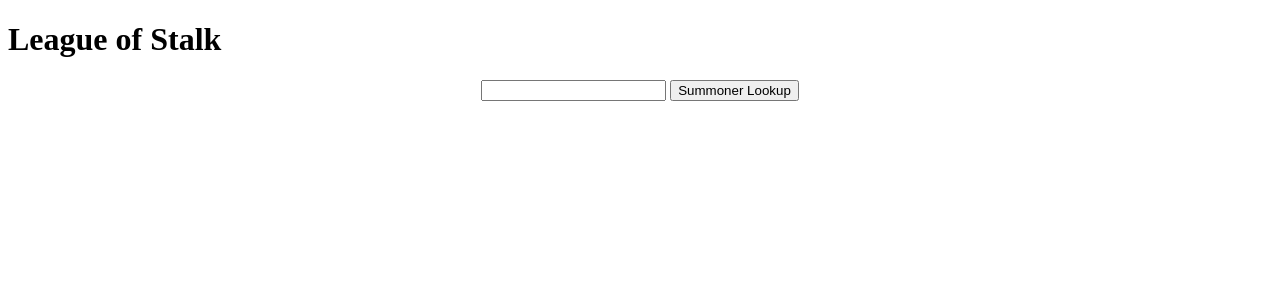
Repository: Dreifingerjpey/TestLos
Page: http://localhost/LeagueOfStalk/
The author's editor kept a copy of each file at every save. The page is drawn from the files as they stood at one save, then again after the next save.
The browser window is 1280 px wide. The pictures show the whole page.
The page is served by Tomcat 9. Other server files are loaded and not shown.

Above is the page before, as saved 2017-08-04 22:02:38.

### Eclipse/LeagueOfStalk/WebContent/index.jsp
<%@ page language="java" contentType="text/html; charset=ISO-8859-1"
    pageEncoding="ISO-8859-1"%>
<!DOCTYPE html PUBLIC "-//W3C//DTD HTML 4.01 Transitional//EN" "http://www.w3.org/TR/html4/loose.dtd">
<html>

<head>
	<jsp:include page="CSS/Style.css"/>
	<link rel="stylesheet" href="${pageContext.request.contextPath}/CSS/Style.css" />
	<meta http-equiv="Content-Type" content="text/html; charset=ISO-8859-1">
	<title>League of Stalk</title>
</head>

<body >
	<h1>League of Stalk</h1>
		<div align="center">
			<form  action="SummonerLookup">
			<input type="text" name="summoner">
			<input type="submit" value="Summoner Lookup"/>
		</div>
	</form>
</body>
</html>

Loaded but not shown: Eclipse/LeagueOfStalk/WebContent/CSS/Style.css (no copy from this time; the picture is the same without it)

After the next save:
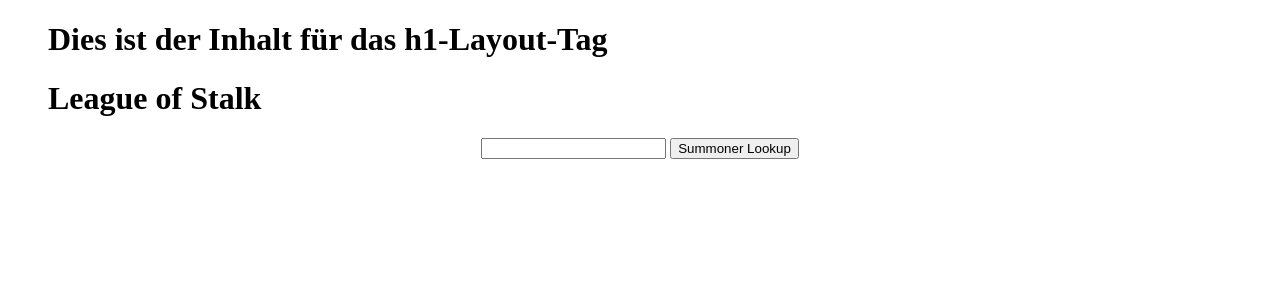
Saved 2 h 53 min later.
--- a/Eclipse/LeagueOfStalk/WebContent/index.jsp
+++ b/Eclipse/LeagueOfStalk/WebContent/index.jsp
@@ -11,6 +11,8 @@
 </head>
 
 <body >
+<blockquote>
+  <h1>Dies ist der Inhalt für das h1-Layout-Tag</h1>
 	<h1>League of Stalk</h1>
 		<div align="center">
 			<form  action="SummonerLookup">

After the save that followed:
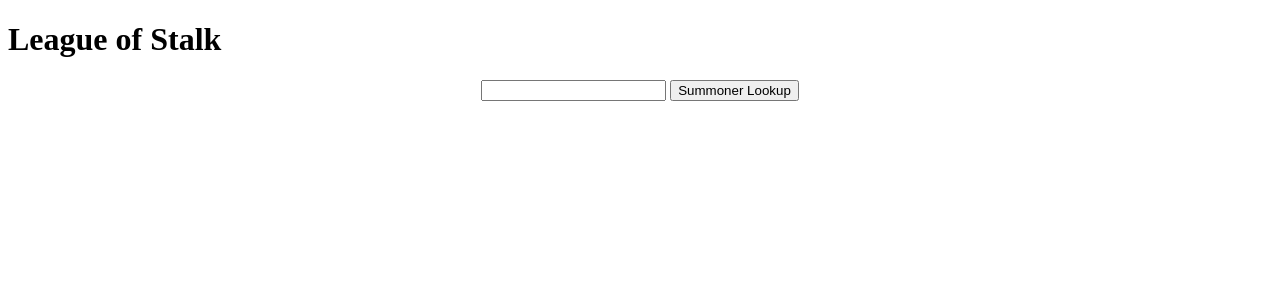
Saved 4 min 14 s later.
--- a/Eclipse/LeagueOfStalk/WebContent/index.jsp
+++ b/Eclipse/LeagueOfStalk/WebContent/index.jsp
@@ -11,8 +11,6 @@
 </head>
 
 <body >
-<blockquote>
-  <h1>Dies ist der Inhalt für das h1-Layout-Tag</h1>
 	<h1>League of Stalk</h1>
 		<div align="center">
 			<form  action="SummonerLookup">
